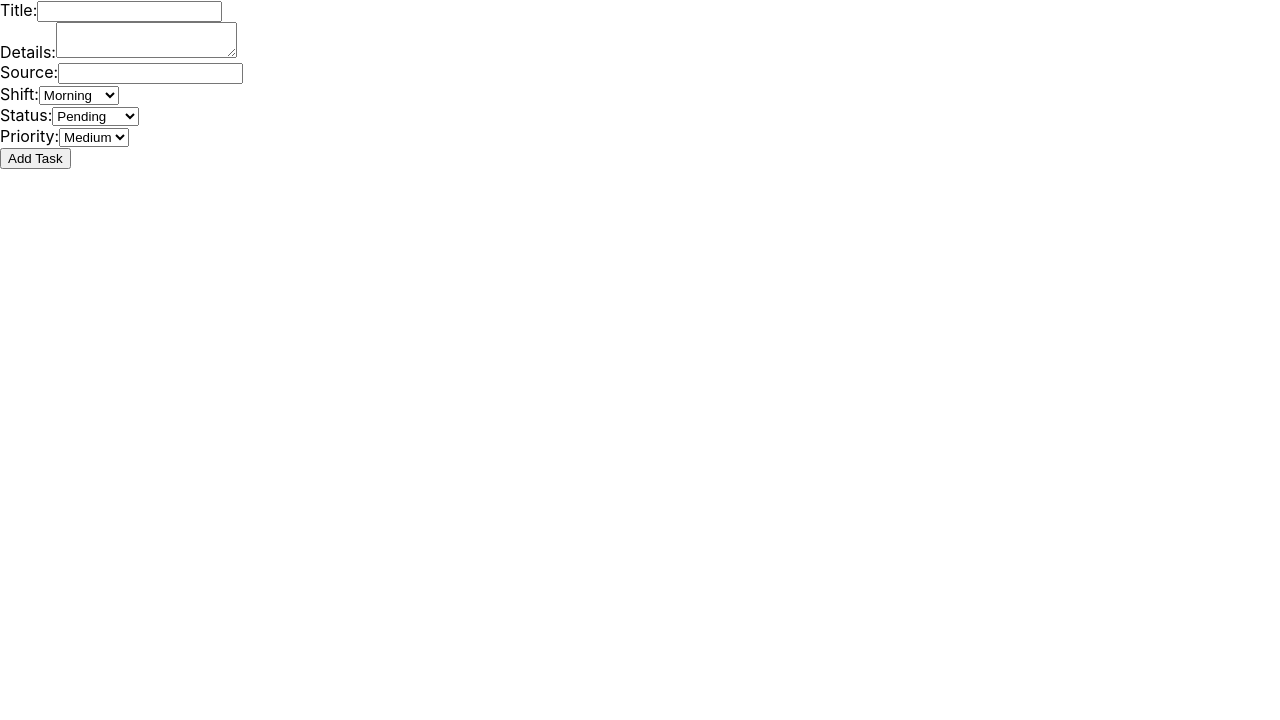
Repository: Manoj-T-V/ShiftOperator
Page: /addtask
These files come from the project's save history. The page is drawn as it stood at one moment and after the next save; the edit follows.
The browser window is 1280 px wide. The pictures show the whole page.
The project was rebuilt for these pictures with package versions that can differ from the ones it lists, and the page was loaded fresh each time. Also part of the build but not shown: src/pages/ShiftManagement.js, src/redux/features/selectors.js, src/pages/TaskReport.js.

Above is the page before, as saved 2024-11-29 14:38:58.

After the next save:
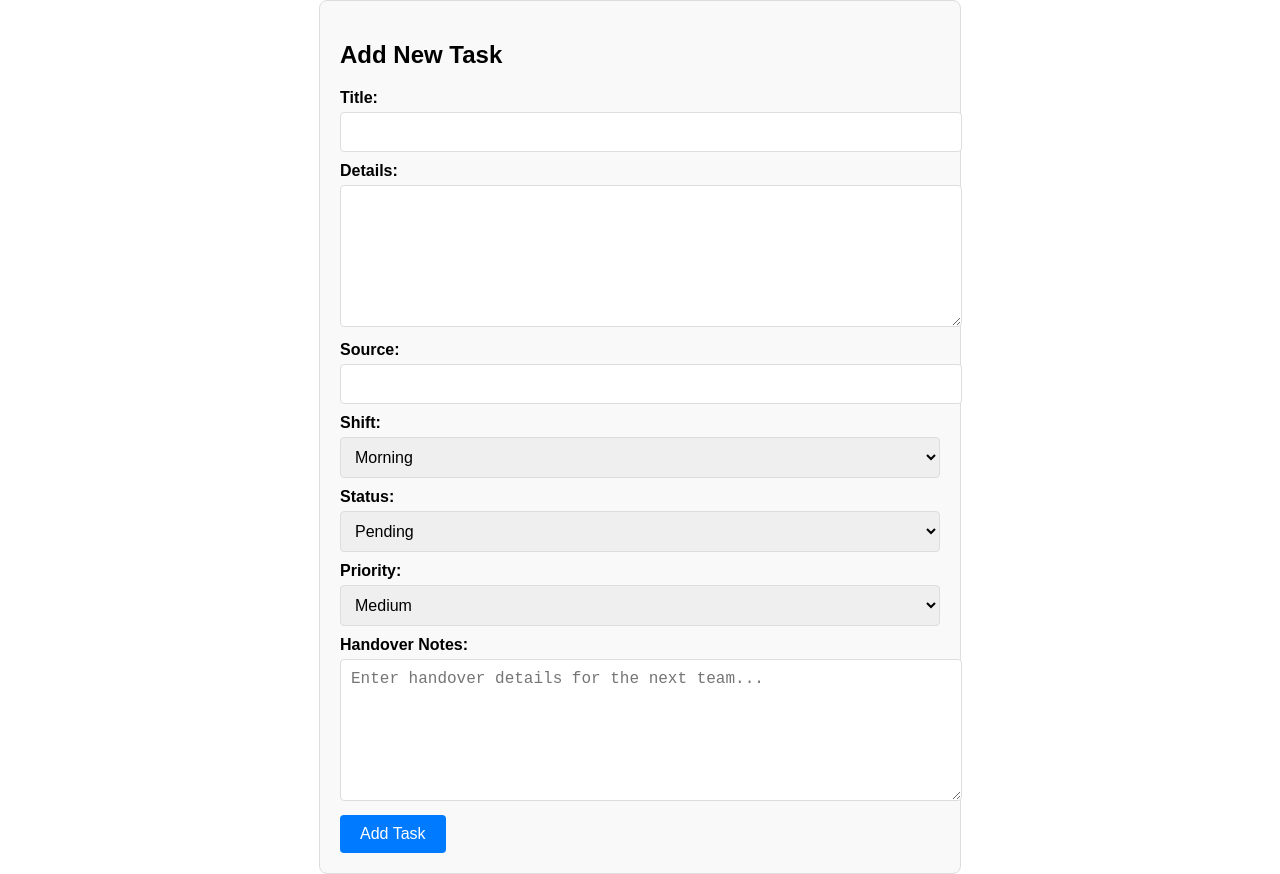
Saved 66 s later.
--- a/src/pages/AddTaskform.js
+++ b/src/pages/AddTaskform.js
@@ -1,4 +1,3 @@
-// src/components/AddTaskForm.js
 import React, { useState } from 'react';
 import { useDispatch } from 'react-redux';
 import { addTask } from '../redux/features/tasksSlice';
@@ -10,12 +9,13 @@ const AddTaskForm = () => {
   const [shift, setShift] = useState('Morning');
   const [status, setStatus] = useState('Pending');
   const [priority, setPriority] = useState('Medium');
+  const [handoverNotes, setHandoverNotes] = useState(''); // New state for handover notes
 
   const dispatch = useDispatch();
 
   const handleSubmit = (e) => {
     e.preventDefault();
-    const newTask = { title, details, source, shift, status, priority };
+    const newTask = { title, details, source, shift, status, priority, handoverNotes }; // Include handoverNotes
     dispatch(addTask(newTask));
     setTitle('');
     setDetails('');
@@ -23,69 +23,142 @@ const AddTaskForm = () => {
     setShift('Morning');
     setStatus('Pending');
     setPriority('Medium');
+    setHandoverNotes(''); // Reset handover notes
+  };
+
+  // Inline styles for form and inputs
+  const formContainerStyle = {
+    padding: "20px",
+    fontFamily: "Arial, sans-serif",
+    maxWidth: "600px",
+    margin: "0 auto",
+    border: "1px solid #ddd",
+    borderRadius: "8px",
+    backgroundColor: "#f9f9f9",
+  };
+
+  const labelStyle = {
+    display: "block",
+    marginBottom: "5px",
+    fontWeight: "bold",
+  };
+
+  const inputStyle = {
+    width: "100%",
+    padding: "10px",
+    marginBottom: "10px",
+    fontSize: "16px",
+    border: "1px solid #ddd",
+    borderRadius: "4px",
+  };
+
+  const textareaStyle = {
+    width: "100%",
+    padding: "10px",
+    marginBottom: "10px",
+    fontSize: "16px",
+    height: "120px",
+    border: "1px solid #ddd",
+    borderRadius: "4px",
+    resize: "vertical",
+  };
+
+  const buttonStyle = {
+    backgroundColor: "#007bff",
+    color: "white",
+    border: "none",
+    padding: "10px 20px",
+    fontSize: "16px",
+    cursor: "pointer",
+    borderRadius: "4px",
   };
 
   return (
-    <form onSubmit={handleSubmit}>
+    <form onSubmit={handleSubmit} style={formContainerStyle}>
+      <h2>Add New Task</h2>
+
       <div>
-        <label>Title:</label>
+        <label style={labelStyle}>Title:</label>
         <input
           type="text"
           value={title}
           onChange={(e) => setTitle(e.target.value)}
           required
+          style={inputStyle}
         />
       </div>
+
       <div>
-        <label>Details:</label>
+        <label style={labelStyle}>Details:</label>
         <textarea
           value={details}
           onChange={(e) => setDetails(e.target.value)}
           required
+          style={textareaStyle}
         ></textarea>
       </div>
+
       <div>
-        <label>Source:</label>
+        <label style={labelStyle}>Source:</label>
         <input
           type="text"
           value={source}
           onChange={(e) => setSource(e.target.value)}
           required
+          style={inputStyle}
         />
       </div>
+
       <div>
-        <label>Shift:</label>
+        <label style={labelStyle}>Shift:</label>
         <select
           value={shift}
           onChange={(e) => setShift(e.target.value)}
+          style={inputStyle}
         >
           <option value="Morning">Morning</option>
           <option value="Afternoon">Afternoon</option>
           <option value="Night">Night</option>
         </select>
       </div>
+
       <div>
-        <label>Status:</label>
+        <label style={labelStyle}>Status:</label>
         <select
           value={status}
           onChange={(e) => setStatus(e.target.value)}
+          style={inputStyle}
         >
           <option value="Pending">Pending</option>
           <option value="Completed">Completed</option>
         </select>
       </div>
+
       <div>
-        <label>Priority:</label>
+        <label style={labelStyle}>Priority:</label>
         <select
           value={priority}
           onChange={(e) => setPriority(e.target.value)}
+          style={inputStyle}
         >
           <option value="High">High</option>
           <option value="Medium">Medium</option>
           <option value="Low">Low</option>
         </select>
       </div>
-      <button type="submit">Add Task</button>
+
+      {/* New Handover Notes field */}
+      <div>
+        <label style={labelStyle}>Handover Notes:</label>
+        <textarea
+          value={handoverNotes}
+          onChange={(e) => setHandoverNotes(e.target.value)}
+          style={textareaStyle}
+          placeholder="Enter handover details for the next team..."
+        ></textarea>
+      </div>
+
+      <button type="submit" style={buttonStyle}>Add Task</button>
     </form>
   );
 };
